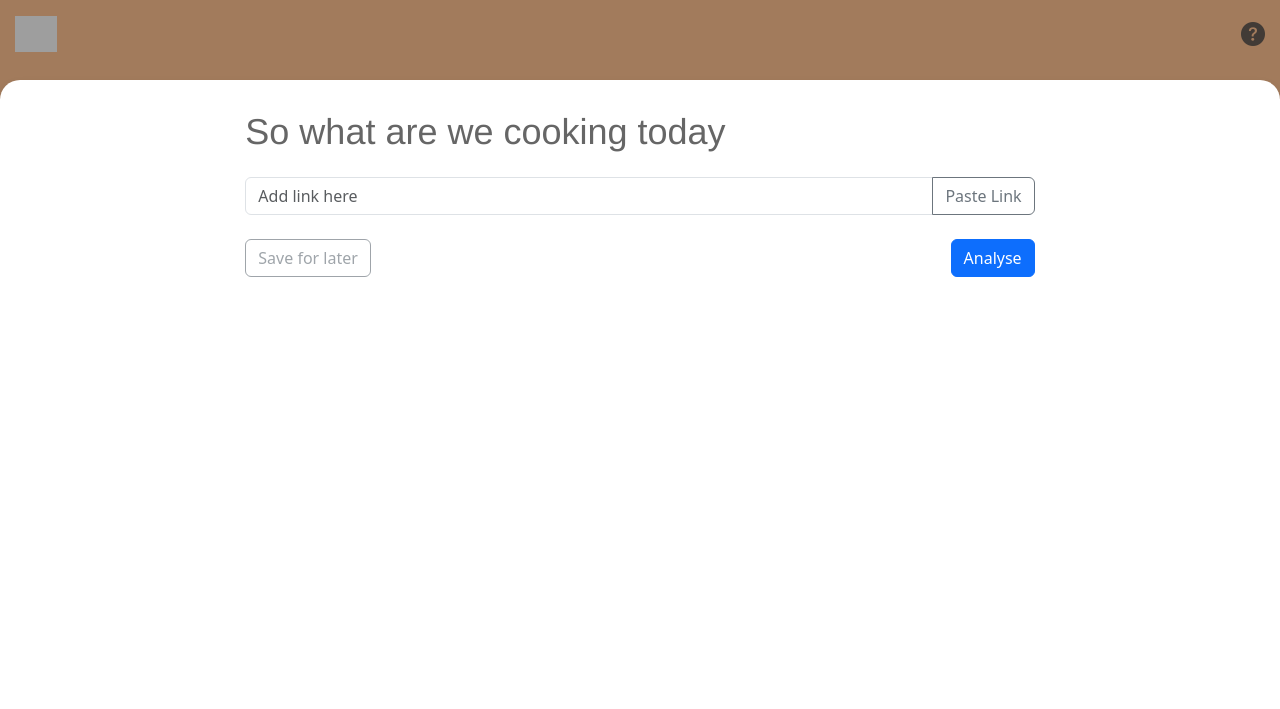
Repository: devashrisamani/SMC
Page: url.html
The author's editor kept a copy of each file at every save. The page is drawn from the files as they stood at one save, then again after the next save.
The browser window is 1280 px wide. The pictures show the whole page.
Pictures or frames that could not be fetched are drawn as grey boxes.

Above is the page before, as saved 2024-10-09 18:00:49.

After the next save:
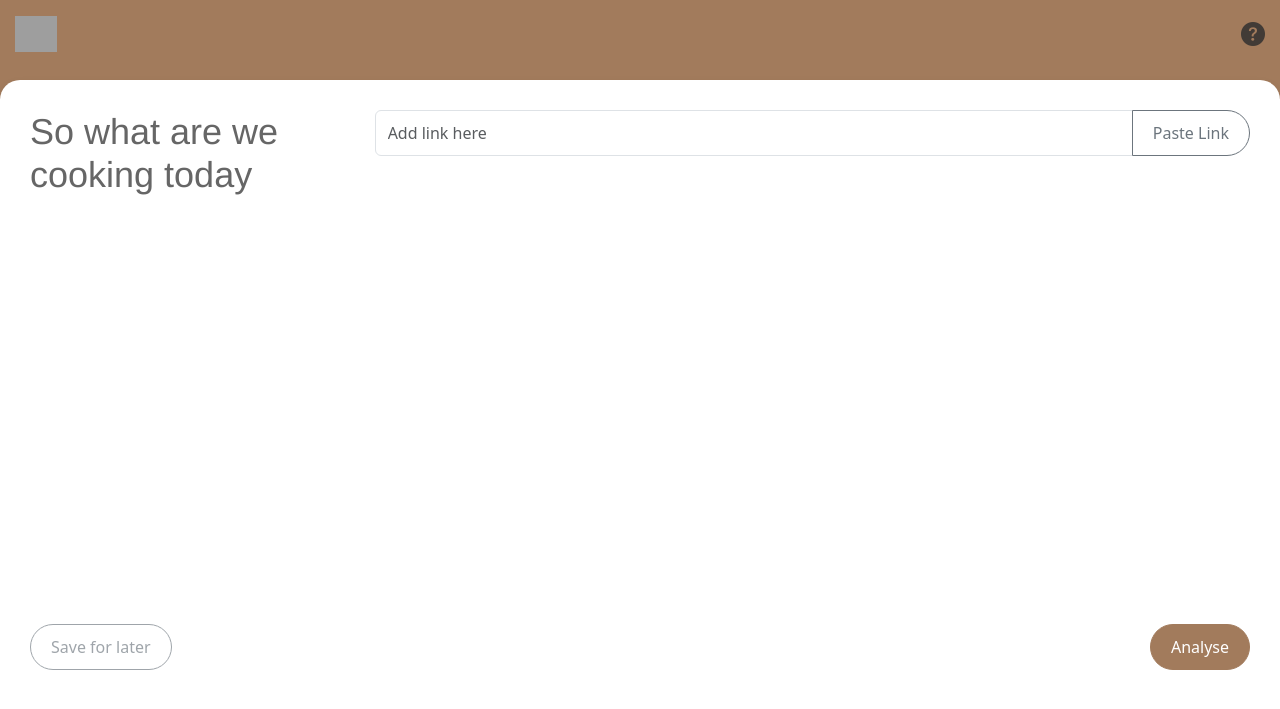
Saved 2 min 10 s later.
--- a/url.html
+++ b/url.html
@@ -27,6 +27,47 @@
         box-shadow: 0px 4px 8px rgba(0, 0, 0, 0.1); /* Add a shadow effect */
         padding: 30px;
         margin-top: -20px; /* Slight overlap with the header */
+        min-height: calc(
+          100vh - 100px
+        ); /* Make container take full height of viewport */
+        display: flex;
+        flex-direction: column; /* Enable column-based layout */
+        justify-content: space-between; /* Push content to the top and bottom */
+      }
+
+      /* Adjust input alignment */
+      .top-content {
+        display: flex;
+        align-items: flex-start;
+        justify-content: space-between;
+        width: 100%;
+      }
+
+      .input-group {
+        width: 100%; /* Ensure input takes the full available width */
+      }
+
+      .btn {
+        font-size: 16px;
+        padding: 10px 20px;
+        border-radius: 50px;
+      }
+
+      .btn-primary {
+        background-color: #a27b5c;
+        border-color: #a27b5c;
+      }
+
+      .btn-primary:hover {
+        background-color: #8c6649;
+        border-color: #8c6649;
+      }
+
+      /* Position buttons at the bottom */
+      .bottom-buttons {
+        display: flex;
+        justify-content: space-between;
+        align-items: center;
       }
     </style>
   </head>
@@ -48,34 +89,32 @@
 
     <!-- Main Content with rounded top edges -->
     <section class="container-fluid rounded-container">
-      <div class="row position-relative">
-        <!-- URL Input Section -->
-        <div class="col-md-8 offset-md-2">
-          <h2 class="header-title mb-4 text-start">
-            So what are we cooking today
-          </h2>
+      <!-- URL Input Section aligned from left to right at the top -->
+      <div class="top-content">
+        <h2 class="header-title mb-4 text-start">
+          So what are we cooking today
+        </h2>
 
-          <!-- URL Input -->
-          <div class="input-group mb-3">
-            <input
-              type="text"
-              class="form-control"
-              placeholder="Add link here"
-              aria-label="Recipe URL"
-            />
-            <button class="btn btn-outline-secondary" type="button">
-              Paste Link
-            </button>
-          </div>
+        <!-- URL Input -->
+        <div class="input-group">
+          <input
+            type="text"
+            class="form-control"
+            placeholder="Add link here"
+            aria-label="Recipe URL"
+          />
+          <button class="btn btn-outline-secondary" type="button">
+            Paste Link
+          </button>
+        </div>
+      </div>
 
-          <!-- Save and Analyze Buttons -->
-          <div class="d-flex justify-content-between mt-4">
-            <button class="btn btn-outline-secondary disabled" disabled>
-              Save for later
-            </button>
-            <button class="btn btn-primary">Analyse</button>
-          </div>
-        </div>
+      <!-- Save and Analyze Buttons positioned at the bottom of the page -->
+      <div class="bottom-buttons mt-4">
+        <button class="btn btn-outline-secondary disabled" disabled>
+          Save for later
+        </button>
+        <button class="btn btn-primary">Analyse</button>
       </div>
     </section>
 
